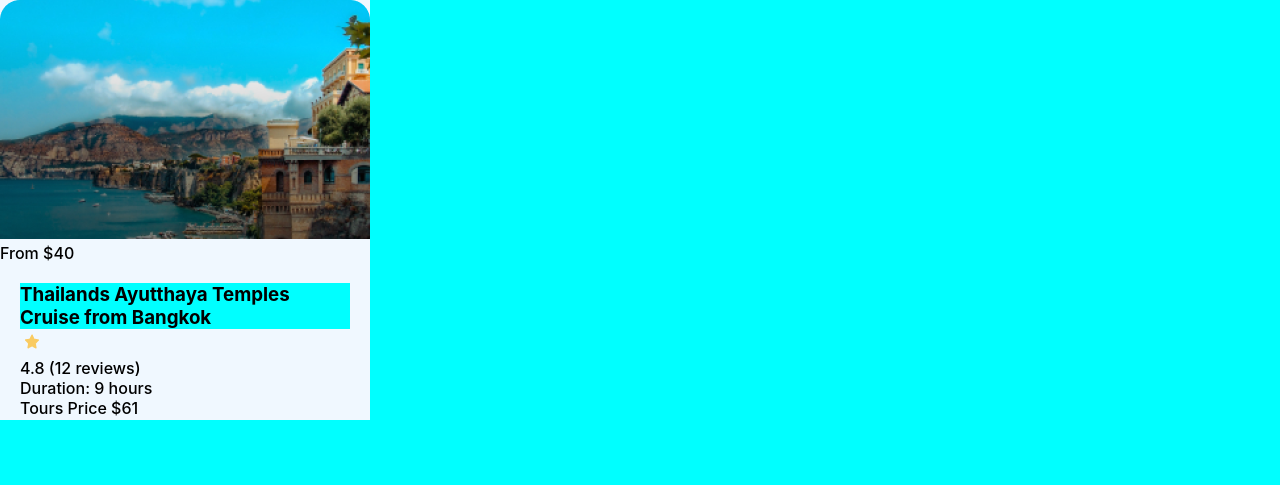
Repository: nguyentuankiet-k61/K_IT-demo
Page: index.html
An editor plug-in stored every save of this project. The page is shown before and after the next save, followed by the edit.
The browser window is 1280 px wide. The pictures show the whole page.
Some web fonts or font styles are not loaded; a fallback is used.

Above is the page before, as saved 2022-09-29 15:09:24.

After the next save:
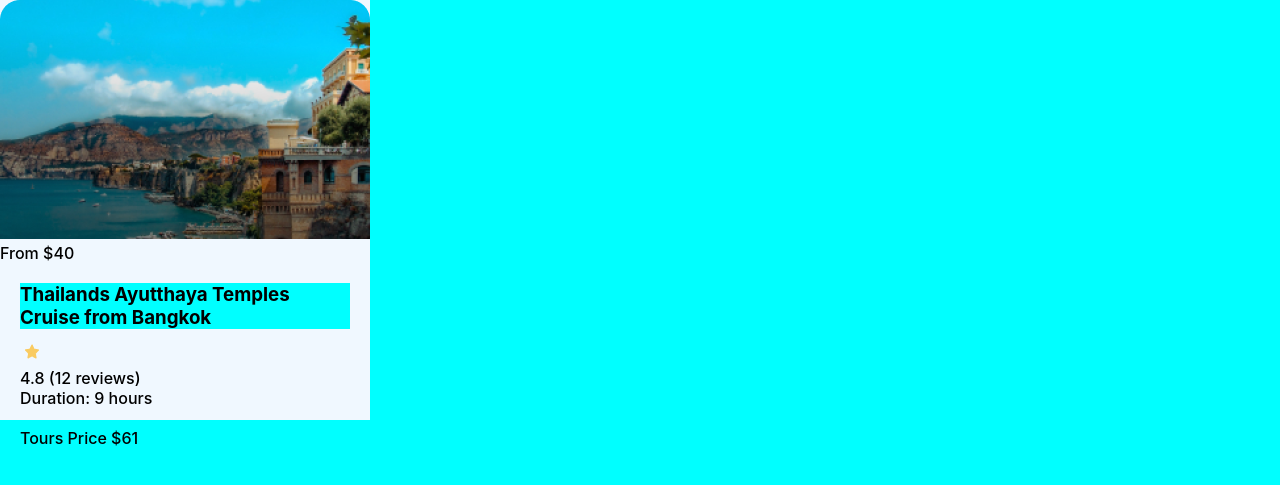
Saved 2 min 4 s later.
--- a/CSS/app.css
+++ b/CSS/app.css
@@ -19,4 +19,8 @@ body{
 }
 .Tours_title{
     background-color: aqua;
+    margin-bottom: 10px;
 }
+.Tours_ratting{
+    margin-bottom: 20px;
+}
